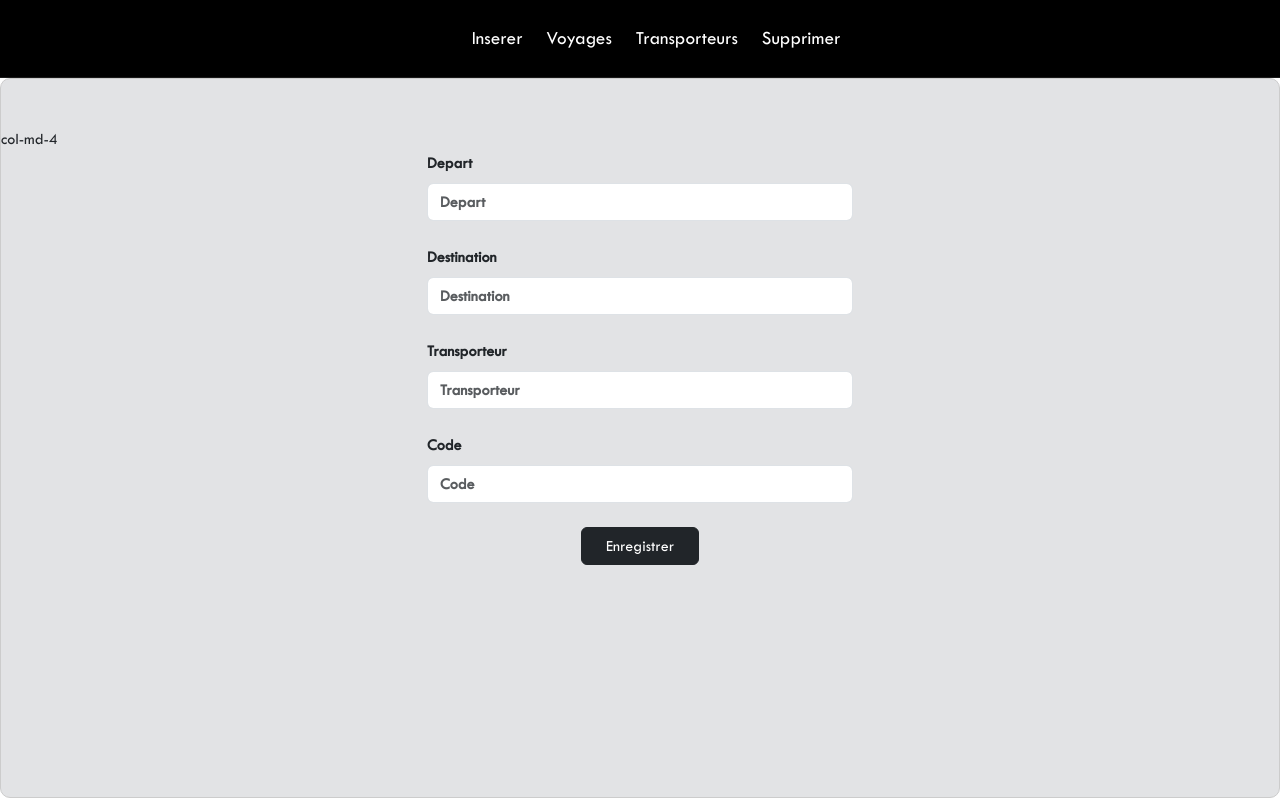
Repository: padevft/examen1-php
Page: http://localhost/
The author's editor kept a copy of each file at every save. The page is drawn from the files as they stood at one save, then again after the next save.
The browser window is 1280 px wide. The pictures show the whole page.
The page is run by PHP 8.4 with error messages shown; the project is at /var/www/html/.

Above is the page before, as saved 2023-10-10 22:29:30.

After the next save:
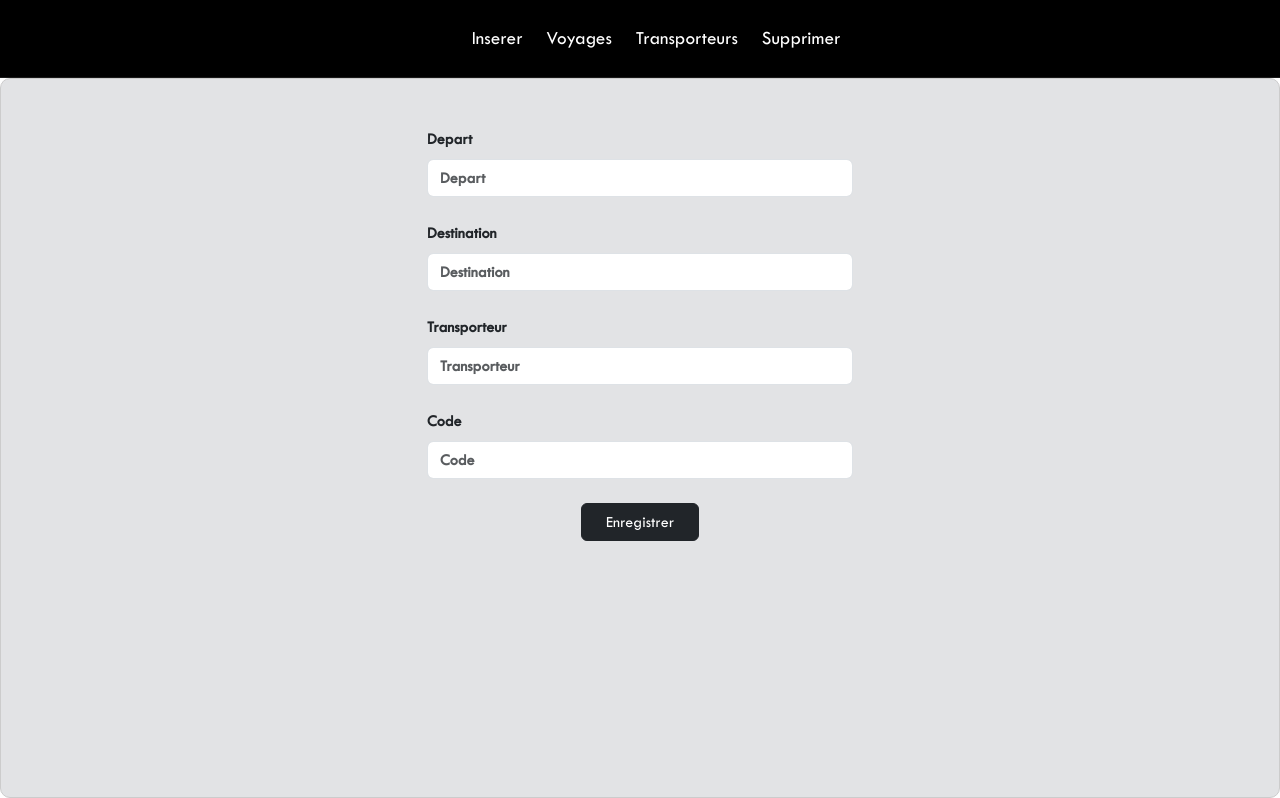
Saved 20 s later.
--- a/index.php
+++ b/index.php
@@ -27,7 +27,7 @@
   </header>
   <main>
       <form action="../membre/controleurMembre.php" method="post">
-          <div class="container-form bg-secondary-subtle pt-5">col-md-4
+          <div class="container-form bg-secondary-subtle pt-5">
               <div class="d-flex flex-column align-items-center gap-4">
                   <div class="d-flex col-12 col-md-4 flex-column gap-2">
                       <label for="depart" class="fw-semibold">Depart</label>
